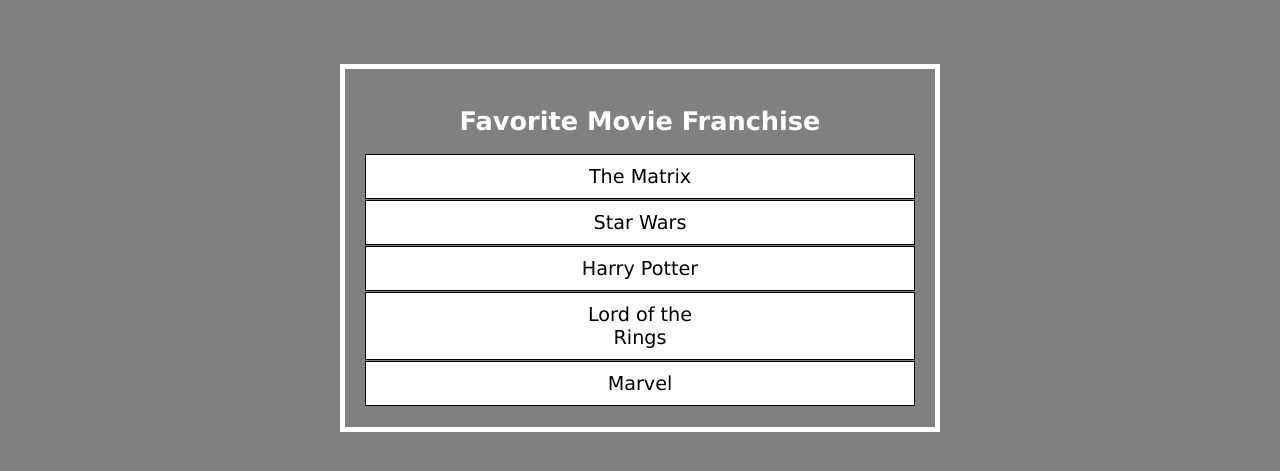
Repository: wakoya-tech/react-project
Page: Desktop/shaakala/jaal/index.html
An editor plug-in stored every save of this project. The page is shown before and after the next save, followed by the edit.
The browser window is 1280 px wide. The pictures show the whole page.

Above is the page before, as saved 2025-08-25 19:32:36.

### Desktop/shaakala/jaal/index.html
<!DOCTYPE html>
<html lang="en">
<head>
  <meta charset="UTF-8">
  <meta name="viewport" content="width=device-width, initial-scale=1.0">
  <title>Responsive Box Example</title>
  <style>
    * {
      box-sizing: border-box;
    }

    body {
      font-family: Verdana, Geneva, Tahoma, sans-serif;
      background: gray;
      margin: 0;
    }

    .container {
      display: flex;
      flex-direction: column;
      justify-content: center;
      align-items: center;
      border: 5px solid white;
      padding: 20px;
      margin: 5% auto;
      width: 80%;
      max-width: 600px;
    }

    ul {
      list-style: none;
      padding: 0;
      margin: 0;
    }

    #main-heading {
      font-size: clamp(18px, 2vw, 32px);
      color: white;
    }

    .list-items {
        display: block;
      font-size: clamp(16px, 1.5vw, 24px);
      border: 1px solid black;
      /*padding: 5px 200px;*/
      width: 100%;
      padding: 10px 200px 10px 200px ;
      background-color: white;
     text-align: center;
      margin: 1px 0;

    }
  </style>
</head>
<body>
  <div class="container">
    <h1 id="main-heading">Favorite Movie Franchise</h1>
    <ul>
      <li class="list-items">The Matrix</li>
      <li class="list-items">Star Wars</li>
      <li class="list-items">Harry Potter</li>
      <li class="list-items">Lord of the Rings</li>
      <li class="list-items">Marvel</li>
    </ul>
  </div>
</body>
</html>

After the next save:
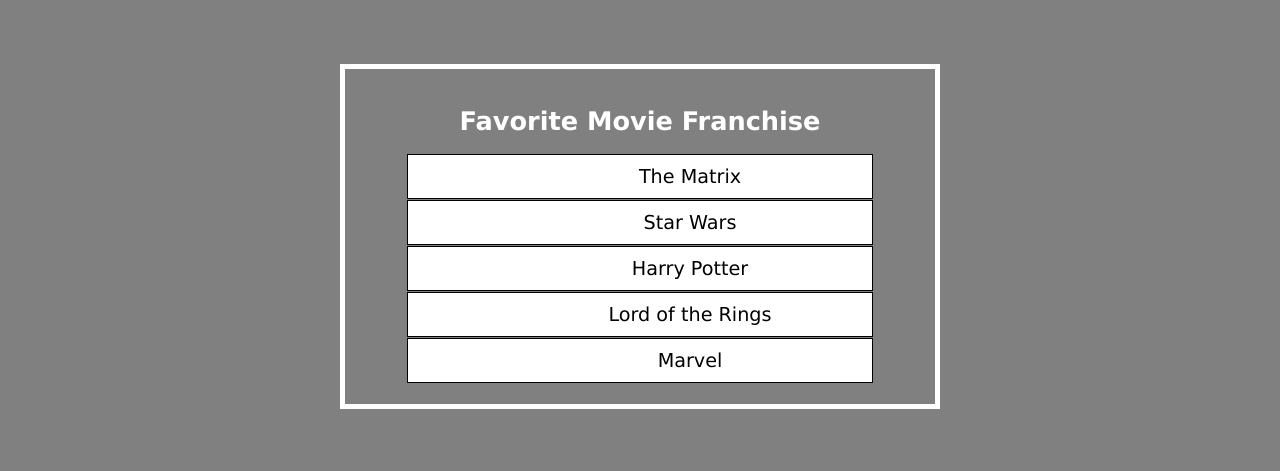
Saved 15 s later.
--- a/Desktop/shaakala/jaal/index.html
+++ b/Desktop/shaakala/jaal/index.html
@@ -44,7 +44,7 @@
       border: 1px solid black;
       /*padding: 5px 200px;*/
       width: 100%;
-      padding: 10px 200px 10px 200px ;
+      padding: 10px 100px 10px 200px ;
       background-color: white;
      text-align: center;
       margin: 1px 0;
